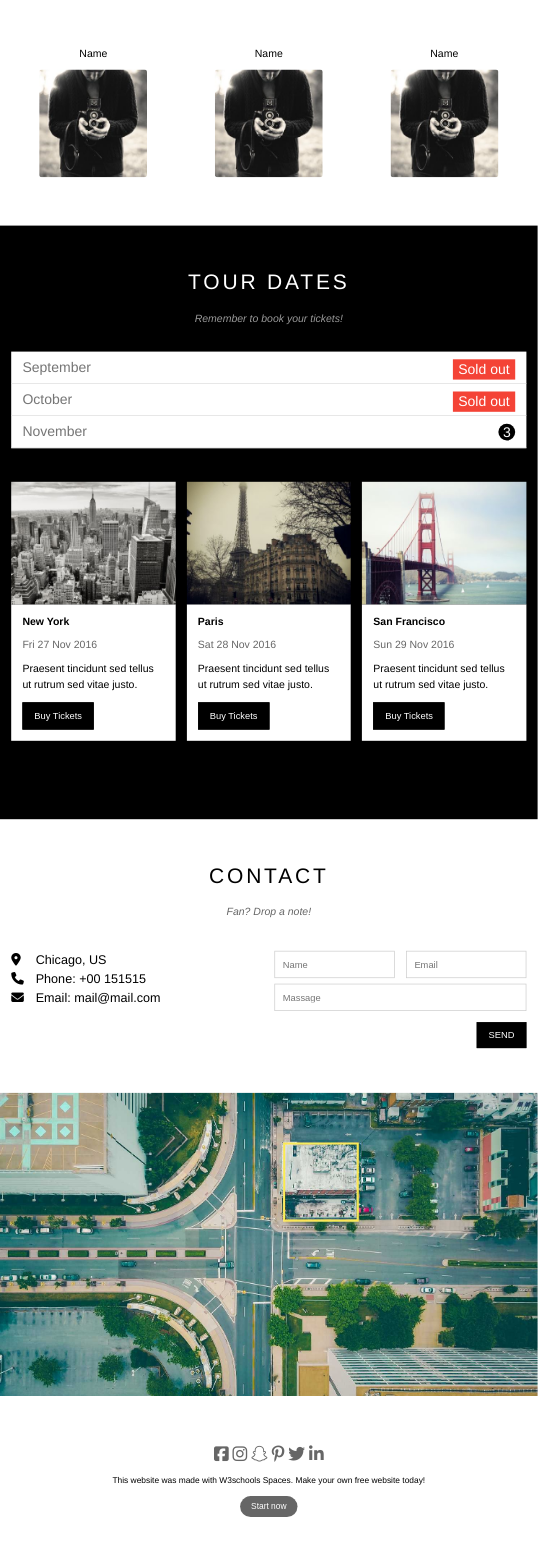
Repository: nugort/nugort.github.io
Page: learing/f8/the-band/index.html
The author's editor kept a copy of each file at every save. The page is drawn from the files as they stood at one save, then again after the next save.
The browser window is 768 px wide. The pictures show the part of the page from y = 765 to 3005 px (the page is 2997 px tall before and 3005 px after), at 70% of full size.
Some web libraries are served in a nearby version.

Above is the page before, as saved 2022-03-07 04:37:26.

### learing/f8/the-band/index.html
<!DOCTYPE html>
<html lang="en">

<head>
    <meta charset="UTF-8">
    <meta http-equiv="X-UA-Compatible" content="IE=edge">
    <meta name="viewport" content="width=device-width, initial-scale=1.0">
    <title>The Band by Nugỏrt</title>
    <script src="https://kit.fontawesome.com/5e3d8c980a.js" crossorigin="anonymous"></script>
    <!-- https://fontawesome.com/kits  nguyendinhtruong10522@gmail.com-->
    <link rel="shortcut icon" href="./assets/img/favicon.jpg" type="image/x-icon">
    <link rel="stylesheet" href="./assets/css/styles.css">
    <link rel="stylesheet" href="./assets/css/responsive.css">
</head>

<body>
    <div id="main">
        <!-- Header -->
        <div id="header">

            <!-- Navigation -->
            <ul id="nav">
                <li>
                    <a href="#">Home</a>
                </li>

                <li>
                    <a href="#band">Band</a>
                </li>

                <li>
                    <a href="#tour">Tour</a>
                </li>

                <li>
                    <a href="#contact">Contact</a>
                </li>

                <li>
                    <a href="#">More <i class="fas fa-caret-down"></i></a>
                    <ul class="subnav">
                        <li>
                            <a href="#">Merchandise</a>
                        </li>

                        <li>
                            <a href="#">Extras</a>
                        </li>

                        <li>
                            <a href="#">Media</a>
                        </li>
                    </ul>
                </li>
            </ul>

            <!-- Search -->
            <div class="nav-search">
                <a href="#"><i class="fas fa-search"></i></a>
            </div>

            <div id="nav-bar-bar" class="nav-bar">
                <a href="#"><i class="fa-solid fa-bars"></i></a>
            </div>
        </div>

        <!-- Slider -->
        <div id="slider">
            <div class="slider-text">
                <h3 class="slider-text-title">
                    Chicago
                </h3>
                <p class="slider-text-dsc">
                    Thank you, Chicago - A night we won't forget.
                </p>
            </div>
        </div>

        <!-- Content -->
        <div id="content">
            <!-- About -->
            <div id="band" class="content-section">
                <h2 class="content-section-title">
                    The Band
                </h2>
                <p class="content-section-slogan">
                    We love music
                </p>
                <p class="about-content-section content">We have created a fictional band website. Lorem ipsum dolor sit
                    amet, consectetur adipiscing elit, sed do eiusmod tempor incididunt ut labore et dolore magna
                    aliqua. Ut enim ad minim veniam, quis nostrud exercitation ullamco laboris nisi ut aliquip ex ea
                    commodo consequat. Duis aute irure dolor in reprehenderit in voluptate velit esse cillum dolore eu
                    fugiat nulla pariatur. Excepteur sint occaecat cupidatat non proident, sunt in culpa qui officia
                    deserunt mollit anim id est laborum consectetur adipiscing elit, sed do eiusmod tempor incididunt ut
                    labore et dolore magna aliqua. Ut enim ad minim veniam, quis nostrud exercitation ullamco laboris
                    nisi ut aliquip ex ea commodo consequat.</p>
                <div class="row band-members">
                    <div class="col three-cols s-one-col text-center mt-32">
                        <p class="member-name">Name</p>
                        <img src="./assets/img/band-members/bandmember.jpg" alt="Name" class="member-avt">
                    </div>

                    <div class="col three-cols s-one-col text-center mt-32">
                        <p class="member-name">Name</p>
                        <img src="./assets/img/band-members/bandmember.jpg" alt="Name" class="member-avt">
                    </div>

                    <div class="col three-cols s-one-col text-center mt-32">
                        <p class="member-name">Name</p>
                        <img src="./assets/img/band-members/bandmember.jpg" alt="Name" class="member-avt">
                    </div>
                </div>
            </div>

            <!-- Tour -->
            <div id="tour" class="tour-section">
                <div class="content-section text-white">
                    <h2 class="content-section-title text-white">
                        TOUR DATES
                    </h2>
                    <p class="content-section-slogan">
                        Remember to book your tickets!
                    </p>

                    <!-- Tickets -->
                    <ul class="tickets-list">
                        <li>September <span class="sold-out">Sold out</span></li>
                        <li>October <span class="sold-out">Sold out</span></li>
                        <div class="clear"></div>
                        <li>November <span class="tickets-left">3</span></li>
                    </ul>

                    <!-- Tour places -->
                    <div class="tour-places row">
                        <div class="col three-cols s-one-col mt-16">
                            <img src="./assets/img/tour-places/newyork.jpg" alt="New York" class="place-img">
                            <div class="place-body">
                                <h3 class="place-body-title">New York</h3>
                                <p class="place-time">Fri 27 Nov 2016</p>
                                <p class="place-content">Praesent tincidunt sed tellus ut rutrum sed vitae justo.</p>
                                <button class="place-buy-btn js-buy-tickets s-full-witdh">Buy Tickets</button>
                            </div>
                        </div>

                        <div class="col three-cols s-one-col mt-16">
                            <img src="./assets/img/tour-places/paris.jpg" alt="Paris" class="place-img">
                            <div class="place-body">
                                <h3 class="place-body-title">Paris</h3>
                                <p class="place-time">Sat 28 Nov 2016</p>
                                <p class="place-content">Praesent tincidunt sed tellus ut rutrum sed vitae justo.</p>
                                <button class="place-buy-btn js-buy-tickets s-full-witdh">Buy Tickets</button>
                            </div>
                        </div>

                        <div class="col three-cols s-one-col mt-16">
                            <img src="./assets/img/tour-places/sanfran.jpg" alt="San Francisco" class="place-img">
                            <div class="place-body">
                                <h3 class="place-body-title">San Francisco</h3>
                                <p class="place-time">Sun 29 Nov 2016</p>
                                <p class="place-content">Praesent tincidunt sed tellus ut rutrum sed vitae justo.</p>
                                <button class="place-buy-btn js-buy-tickets s-full-witdh">Buy Tickets</button>
                            </div>
                        </div>
                    </div>
                </div>
            </div>

            <!-- Contact -->
            <div id="contact" class="content-section">
                <h2 class="content-section-title">
                    CONTACT
                </h2>
                <p class="content-section-slogan">
                    Fan? Drop a note!
                </p>
                <div class="row contact-form">
                    <div class="col two-cols s-one-col contact-form-infor">
                        <p>
                            <i class="fa-solid fa-location-dot"></i>
                            Chicago, US
                        </p>
                        <p>
                            <i class="fa-solid fa-phone"></i>
                            Phone: +00 151515
                        </p>
                        <p>
                            <i class="fa-solid fa-envelope"></i>
                            Email: mail@mail.com
                        </p>
                    </div>

                    <div class="col two-cols s-one-col s-mt-16">
                        <form action="">
                            <div class="row">
                                <div class="col two-cols s-one-col">
                                    <input type="text" name="" placeholder="Name" class="form-control" required>
                                </div>
                                <div class="col two-cols s-one-col s-mt-8">
                                    <input type="email" name="" placeholder="Email" class="form-control" required>
                                </div>
                            </div>

                            <div class="row">
                                <div class="col one-col mt-8">
                                    <input type="text" name="" placeholder="Massage" class="form-control" required>
                                </div>
                            </div>

                            <input type="submit" value="SEND" class="contact-form-submit s-full-witdh mt-16">
                        </form>
                    </div>
                </div>
            </div>

            <div class="map-section">
                <img src="./assets/img/maps/map.jpg" alt="map">
            </div>
        </div>

        <div id="footer">
            <div class="social-network">
                <a href=""><i class="fa-brands fa-facebook-square"></i></a>
                <a href=""><i class="fa-brands fa-instagram"></i></a>
                <a href=""><i class="fa-brands fa-snapchat"></i></a>
                <a href=""><i class="fa-brands fa-pinterest-p"></i></a>
                <a href=""><i class="fa-brands fa-twitter"></i></a>
                <a href=""><i class="fa-brands fa-linkedin-in"></i></a>
            </div>

            <p class="copyright mt-16">This website was made with W3schools Spaces. Make your own free website today!
            </p>

            <button class="last-btn mt-16">Start now</button>
        </div>
    </div>

    <div class="modal  js-modal">
        <div class="modal-container js-modal-container">
            <modal class="close js-modal-close">
                <i class="modal-heading-close fa-solid fa-xmark"></i>
            </modal>

            <header class="modal-header">
                <i class="modal-heading-bag fa-solid fa-suitcase"></i>
                Tickets
            </header>

            <div class="modal-body">
                <label for="modal-tickets-quantity" class="modal-label">
                    <i class="fa-solid fa-cart-shopping"></i>
                    Tickets, 15$ per person
                </label>
                <input id="modal-tickets-quantity" type="text" class="modal-input" placeholder="How many ?" required>

                <label for="modal-tickets-email" class="modal-label">
                    <i class="fa-solid fa-user"></i>
                    Send To
                </label>
                <input id="modal-tickets-email" type="email" class="modal-input" placeholder="Enter email" required>

                <button id="buy-tickets">
                    Pay <i class="fa-solid fa-check"></i>
                </button>
            </div>

            <div class="modal-footer">
                <p class="modal-help">
                    Need <a href="#">help?</a>
                </p>
            </div>
        </div>
    </div>

    <script>
        const buyBtns = document.querySelectorAll('.js-buy-tickets')
        const modal = document.querySelector('.modal')
        const modalClose = document.querySelector('.js-modal-close')
        const modalContainer = document.querySelector('.js-modal-container')

        //hàm hiển thị form mua vé
        function showBuyTickets() {
            modal.classList.add('open')
        }

        //hàm ẩn form mua vé
        function hideBuyTickets() {
            modal.classList.remove('open')
        }

        //lặp qua từng thẻ button và nghe hành vi click
        for (const buyBtn of buyBtns) {
            buyBtn.addEventListener('click', showBuyTickets)
        }

        //nghe hành vi click vào button close
        modalClose.addEventListener('click', hideBuyTickets)

        modal.addEventListener('click', hideBuyTickets)

        //ngăn chặn hành vi nổi bọt (khi click vào khoảng không để đóng form và thứ k mong muốn)
        modalContainer.addEventListener('click', function (event) {
            event.stopPropagation()
        })
    </script>

    <script>
        // Đóng mở menu mobile
        var header = document.getElementById('header');
        var navBar = document.getElementById('nav-bar-bar');
        var headerHeight = header.clientHeight;

        navBar.onclick = function () {
            event.preventDefault();
            var isClosed = header.clientHeight === headerHeight;
            if (isClosed) {
                header.style.height = 'auto';
            } else {
                header.style.height = null;
            }
        }
    </script>

    <script>
        // Đóng menu mobile sau khi đã chọn chức năng
        var menuItems = document.querySelectorAll('#nav li a[href*="#"]');
        for (var i = 0; i < menuItems.length; i++) {
            var menuItem = menuItems[i];

            menuItem.onclick = function () {
                var isParentMenu = this.nextElementSibling && this.nextElementSibling.classList.contains('subnav');
                if (isParentMenu) {
                    event.preventDefault();
                } else {
                    header.style.height = null;
                }

            }
        }
    </script>
</body>

</html>

### learing/f8/the-band/assets/css/styles.css
/* 3 kiểu dùng css
- inline (phèn)
- internal (cũng phèn)
-external (đúng đúng đúng) */

/* Các đơn vị hay dùng
* Absolute units
- px
- pt
- cm
- mm
- inch
- picture

* Relative units
- %
- rem (bằng kích cỡ chữ của thẻ html - mặc định là 16px)
- em  (bằng kích cỡ chữ của thẻ cha chứa nó gần nhất có set font-size)
- vw (chiều rộng bằng chiều ngang của màn hình hiển thị)
- vh (chiều cao bằng chiều dọc của màn hình hiển thị) */

/* Hàm trong css
- var(): gọi biến vào
- linearGradient()
- rgba()
- rgb
- calc(): tính toán
- attr() */

/* Pseudo-classes (lớp giả) */

:root {
    --text-color: #FFFFFF;
    --background-color: #00171F;
    --button-color: #003459;
    --other-color: #007EA7;
    --button-2nd-color: #00A8E8;
    --nav-heigh: 46px;
}  /* Đặt biến giống trong ngôn ngữ lập trình khác thôi =))) */

* {
    box-sizing: border-box;
    margin: 0;
    padding: 0;
} /* reset css */

html {
    font-family: Helvetica, sans-serif;
    font-size: 20px;
    scroll-behavior: smooth;
}
/*
Chọn cùng lúc nhiều Class, ID đưa qua css
Bôi đen điểm chung -> CTRL +  SHIFT + L -> Mũi tên qua phải ( > ) -> CTRL + SHIFT + ( > ) -> CTRL + C
-> Qua file css paste -> ALT + CLICK  -> # -> CTRL + ( > ) -> {}
 */

/*
1. Làm từ ngoài vào trong
2. Làm từ trên xuống dưới
3. Từ tổng quan đến chi tiết
*/

/*
1. Vị trí (Vị trí các phần; Header, Content, ...)
2. Kích thước
3. Màu sắc
4. Styles (Fonts chữ, tròn, vuông, ...)
*/

/*
Chiếc web này gồm
1. Header (Done)
    1.1. Navigation (Done)
    1.2. Search button  (Done)
2. Slider (Done)
3. Content
    3.1. About
    3.2. Tour
    3.3. Contact
    3.4. Img
4. Footer
*/

/* Common */
.row {
    margin-left: -8px;
    margin-right: -8px;
}

.row::after{
    content: "";
    display: block;
    clear: both;
}

.col{
    float: left;
    padding-left: 8px;
    padding-right: 8px;
}

.one-col {
    width: 100%;
}

.two-cols {
    width: 50%;
}

.three-cols {
    width: calc(100% / 3);
}

.clear {
    content: " ";
    clear: both;
}

.text-white {
    color: #FFF !important;
}

.text-center {
    text-align: center !important;
}

.mt-8 {
    margin-top: 8px;
}

.mt-16 {
    margin-top: 16px;
}

.mt-32 {
    margin-top: 32px;
}

/* Main */
#main{
    /* overflow: hidden; lấp đầy khoảng trắng do phần tử con tạo ra */
}

#header{
    position: fixed;
    top: 0px;
    left: 0px;
    right: 0px;
    background-color: black;
    height: var(--nav-heigh);
    z-index: 1;
}

#nav {
    display: inline-block;
}

#nav, .subnav {
    list-style-type: none;
}

#nav > li {
    display: inline-block;
}

#nav  li {
    position: relative;
}

#nav > li > a {
    color: #FFFFFF;
    text-transform: uppercase;
}

#nav li a {
    text-decoration: none;
    line-height: var(--nav-heigh);
    padding: 0px 24px;
    /* padding: 12px 24px; */
}

#nav > li:hover .subnav {
    display: block;
}

#nav > li:hover > a {
    display: inline-block;
    color: #000;
    background-color: #CCC;
}

#nav .subnav {
    display: none;
    position: absolute;
    top: 100%;
    left: 0px;
    background-color: #FFF;
    color: #000;
    box-shadow: 0 0 10px rgba(0, 0, 0, 0.3);
}

#nav .subnav a {
    display: block;
    color: #000;
    min-width: 160px;
    padding: 0px 12px;
    line-height: 38px ;
}

#nav .subnav li:hover a {
    color: #000;
    background-color: #CCC;
}

#header .nav-bar {
    display: none;
}

#header .nav-bar,
#header .nav-search {
    float: right;
    line-height: var(--nav-heigh);
    padding: 0px 16px ;
}

#header .nav-search {
    display: inline-block;
}

#header .nav-bar a,
#header .nav-search a {
    color: #FFF;
}

#header .nav-bar:hover {
    background-color: #CCC;
}

#header .nav-bar:hover a {
    color: #000;
}

#header .nav-search:hover {
    background-color: #F44336 !important;
    cursor: pointer;
}


/* Slider */
#slider {
    /* background-color: #CCC;
    height: 1000px; */
    position: relative;
    margin-top: var(--nav-heigh);
    padding-top: 50%;
    background: url('/the-band/assets/img/slider-1/chicago.jpg') top center / cover, no-repeat;
    /* https://youtu.be/BmkVXoKoqVA?t=640 */
}

#slider .slider-text{
    color: #FFF;
    position: absolute;
    bottom: 48px;
    /* left: 50%;
    transform: translateX(-50%); */

    /* left: 0px;
    right: 0px; */

    width: 100%;
    text-align: center;
}

#slider .slider-text-title{
    font-size: 220%;
    font-weight: 500;
    font-style: 24px;
    margin-bottom: 25px;
}

#slider .slider-text-dsc{
    font-style: 15px;
}



/* Content */
#content {

}

#content .content-section {
    width: 800px;
    max-width: 100%; /*tablet responsive*/
    margin: auto;
    padding: 64px 0px;
    padding-left: 16px;
    padding-right: 16px; /*tablet responsive*/
}

#content .content-section-title {
    font-weight: 500;
    font-size: 30px;
    text-transform: uppercase;
    letter-spacing: 4px;

}

#content .content-section-slogan {
    font-style: italic;
    font-size: 15px;
    margin-top: 25px;
    opacity: 0.6;
}

#content .about-content-section.content {
    font-size: 15px;
    margin-top: 25px;
    text-align: justify;
    line-height: 1.5;
}

#content .content-section-title,
#content .content-section-slogan {
    text-align: center;
}

#content .band-members{
    margin-top: 48px;
}

#content .member-name {
    font-size: 15px;
}

#content .member-avt {
    margin-top: 15px;
    width: 154px;
    border-radius: 4px;
}

/* Tour */
.tour-section {
    background-color: #000;
}

.tickets-list {
    margin-top: 40px;
    color: #000;
    background-color: #FFF;
}

.tickets-list li {
    list-style: none;
    color: #757575;
    font: 15px;
    padding: 11px 16px;
    border-bottom: 1px solid #DDD;
}

.tickets-list .sold-out {
    float: right;
    color: #FFF;
    background-color: #F44336;
    padding: 3px 8px;

}

.tickets-list .tickets-left {
    float: right;
    color: #FFF;
    background-color: #000;
    border-radius: 50%;
    width: 24px;
    height: 24px;
    text-align: center;
    line-height: 24px;
}

.tour-places {
    margin-top: 32px;
    margin-bottom: 48px;
}


/* Place */
.place-img {
    width: 100%;
    display: block;
}

.place-body {
    background-color: #FFF;
    color: #000;
    font-size: 15px;
    padding: 16px;
}

.place-body-title {
    font-size: 15px;
}

.place-time {
    margin-top: 15px;
    opacity: 0.6;
}

.place-content {
    margin-top: 15px;
    line-height: 1.5;
}

.place-buy-btn {
    display: inline-block;
    color: #FFF;
    background-color: #000;
    text-decoration: none;
    padding: 11px 16px;
    margin-top: 15px;
    border: 1px solid #000;
    text-align: center;
}

.place-buy-btn:hover {
    color: #000;
    background-color: #CCC;
}

/* Contact form */
.contact-form {
    margin-top: 48px;
}

.contact-form-infor {
    font-size: 18px;
    line-height: 1.5;
}

.contact-form-infor i[class*="fa-solid"] {
width: 30px;
display: inline-block;
}

.contact-form .form-control {
    padding: 11px;
    border: solid 1px #CCC;
    width: 100%;
    outline: none;
}

.contact-form .contact-form-submit {
    background-color: #000;
    color: #FFF;
    border: solid 1px #000;
    padding: 10px 16px ;
    float: right;
    cursor: pointer;
}

.contact-form .contact-form-submit:hover {
    background: #CCC;
    color: #000;
}

/* map */
.map-section img {
    width: 100%;
}

/* Footer */
#footer {
    padding: 64px 16px;
    text-align: center;
}

#footer .social-network a {
    font-size: 24px;
    color: #666;
    cursor: pointer;
}

#footer .social-network a:hover {
    opacity: 0.81;
}

#footer .copyright {
    font-size: 12px;
}

#footer .last-btn {
    border-radius: 32px;
    padding: 8px 16px;
    font-size: 12px;
    border: none;
    color:#FFF;
    background: #666;
}

#footer .last-btn:hover {
    color: #666;
    background: #CCC;
}

/* Modal */
.modal {
    position: fixed;
    top: 0;
    right: 0;
    bottom: 0;
    left: 0;
    background: rgba(0, 0, 0, 0.4);
    display: flex;
    align-items: center;
    justify-content: center;
    display: none;
}

.modal.open {
    display: flex;
}

.modal-container {
    background: #FFF;
    width: 900px;
    max-width: calc(100% - 32px);
    min-height: 200px;
    position: relative;
    animation: modalFadeIn ease 0.4s;
}

.modal-header {
    background-color: #009688;
    color: #FFF;
    height: 130px;
    display: flex;
    align-items: center;
    justify-content: center;
    font-size: 30px;
}

.modal-heading-close {
    position: absolute;
    right: 0;
    top: 0;
    padding: 12px;
    cursor: pointer;
    opacity: 0.81;
    color: #FFF
}

.modal-heading-close:hover {
    background-color: rgba(255, 255, 255, 0.81);
    opacity: 1;
    color: #009688;
}

.modal-heading-bag {
    margin-right: 16px;
}

.modal-body {
    padding: 16px;
}

.modal-label {
    display: block;
    font-size: 15px;
    margin-bottom: 9px;
}

.modal-input {
    font-size: 15px;
    padding: 10px;
    width: 100%;
    border: 1px solid #CCC;
    margin-bottom: 27px;
}

#buy-tickets {
    width: 100%;
    border: solid 1px #CCC;
    color: #FFF;
    background-color: #009688;
    text-transform: uppercase;
    font-size: 15px;
    padding: 18px;
    cursor: pointer;
}

#buy-tickets:hover {
    color:#009688;
    background-color:  #FFF;
}

.modal-footer {
    padding: 16px;
    text-align: right;
}

.modal-footer a {
    text-decoration: none;
    color: #00A8E8;
}

@keyframes modalFadeIn {
    from {
        opacity: 0;
        transform: translateY(-100px);
    }
    to {
        opacity: 1;
        transform: translateY(0px);

    }
}

### learing/f8/the-band/assets/css/responsive.css
/*
    PC: >= 1024px
    Tablet: >= 740px & < 1024px
    Mobile: < 740px
*/

/* PC */
/* @media (min-width: 1024) {

} */

/* Tablet */
/* @media (max-width: 1023px) and (min-width: 741px) {

} */

/* Tablet & mobile */
@media (max-width: 1023px) {

}

/* Mobile */
@media (max-width: 740px) {
    .s-full-witdh,
    .s-one-col {
        width: 100% !important;
    }


    .s-mt-16 {
        margin-top: 16px;
    }

    .s-mt-8 {
        margin-top: 8px !important;
    }

    #header {
        overflow: hidden;
    }

    #header .nav-search {
        display: none;
    }

    #header .nav-bar {
        display: inline-block;
        position: absolute;
        top: 0;
        right: 0;
    }

    #nav {
        display: block
    }

    #nav > li {
        display: block;
    }

    #nav > li:first-child {
        display: inline-block;
    }

    #nav > li  a{
        display: block;
        padding: 1px 24px;
    }

    #nav .subnav {
        position: initial;
        background:#333;
    }

    #nav .subnav a {
        color: #fff;
        padding: 5px 41px;
    }

    #content .s-one-col  {
        /* margin-top: 30px; */
        width: 100%;
    }

    #content .member-avt {
        width: 60%;
    }
}

After the next save:
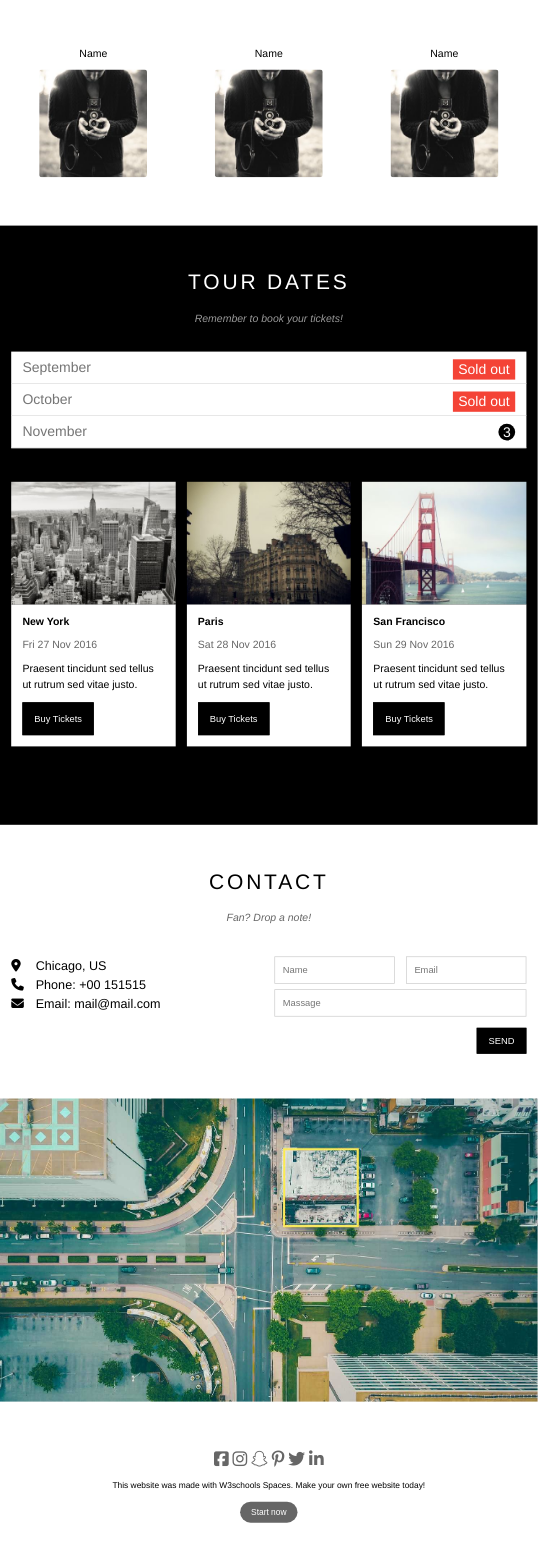
Saved 2 min 7 s later.
--- a/learing/f8/the-band/assets/css/responsive.css
+++ b/learing/f8/the-band/assets/css/responsive.css
@@ -16,7 +16,9 @@
 
 /* Tablet & mobile */
 @media (max-width: 1023px) {
-
+    .place-buy-btn {
+        padding: 15px 16px;
+    }
 }
 
 /* Mobile */
